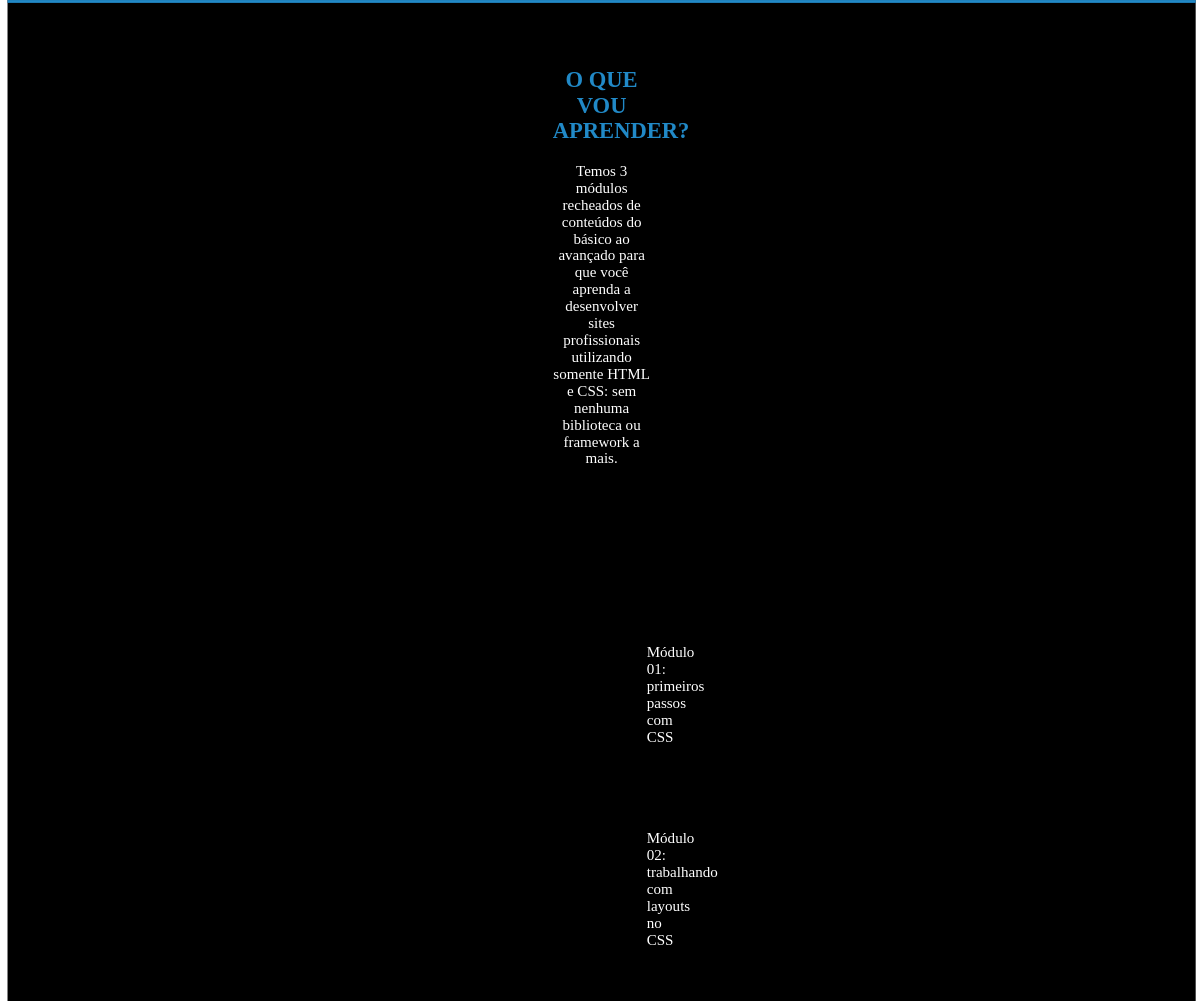
Repository: gustavotwist/trilha-css-desafio-01
Page: index.html
An editor plug-in stored every save of this project. The page is shown before and after a run of saves, followed by the edit.
The browser window is 1280 px wide. The pictures show the part of the page from y = 449 to 1514 px (the page is 2741 px tall before and 2307 px after), at 94% of full size.
A picture or video elsewhere on the page could not be fetched, so the positions and the page height are approximate.

Above is the page before, as saved 2024-07-15 18:51:04.

After the next 2 saves:
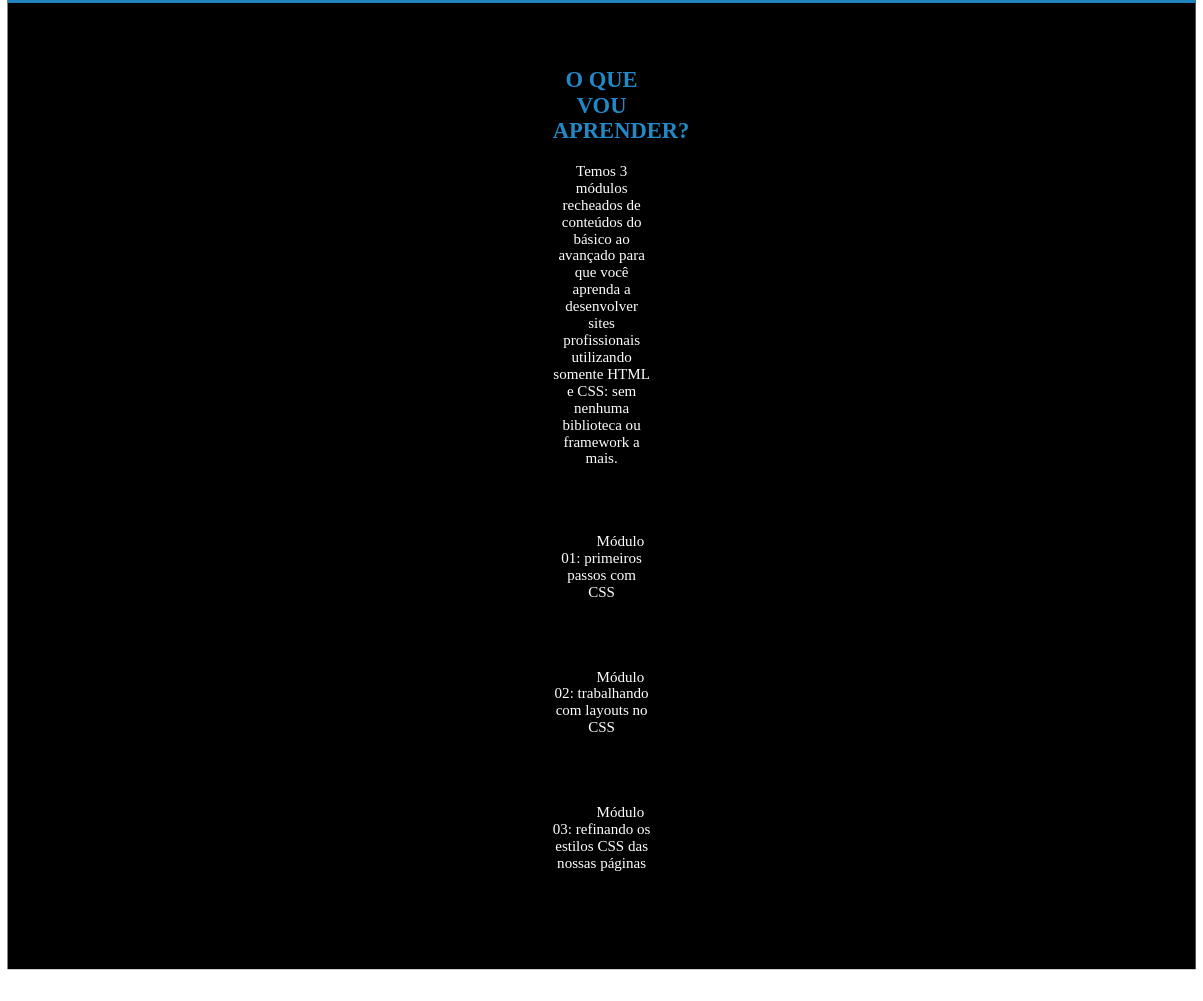
The 2 saves are shown as one change because they came seconds apart.
The last was saved 9 s later.
--- a/global.css
+++ b/global.css
@@ -44,5 +44,5 @@ section, p{
 
 .modules-list {
     white-space:pre-wrap;
-    padding:100px;
+    padding:0px;
 }
